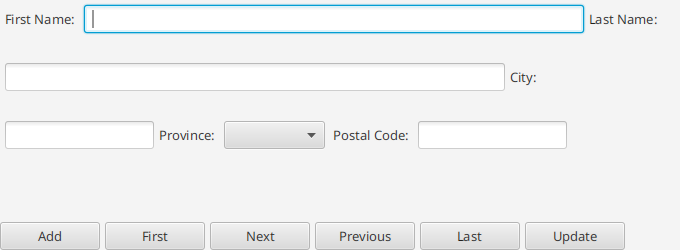
Repository: Mselenko/Java
Program's window: java w_5/JavaFx/src/task_2/AddressBook.java
The author's editor kept a copy of each file at every save. The program's window is drawn from the files as they stood at one save, then again after the next save.
It runs on Java 21 on a 1366 x 768 screen with JavaFX 11; the title bar is not drawn.

Above is the program's window before, as saved 2019-06-22 01:11:49.

### w_5/JavaFx/src/task_2/AddressBook.java
package task_2;

import javafx.application.Application;
import javafx.geometry.Insets;
import javafx.geometry.Pos;
import javafx.scene.Scene;
import javafx.scene.control.Button;
import javafx.scene.control.Label;
import javafx.scene.control.TextField;
import javafx.stage.Stage;
import javafx.scene.layout.BorderPane;
import javafx.scene.layout.FlowPane;
import javafx.scene.layout.HBox;
import javafx.scene.control.ComboBox;


public class AddressBook extends Application {


	class NewPanel extends BorderPane {

		FlowPane flowPane = new FlowPane(5, 5);
		HBox ButtonPanel = new HBox(5);


	public NewPanel() {
		TextField firstName = new TextField();
		firstName.setPrefColumnCount(40);

		TextField lastName = new TextField();
		lastName.setPrefColumnCount(40);

		TextField city = new TextField();
		city.setPrefColumnCount(11);

		ComboBox<String>  province = new ComboBox();
		province.getItems().add("Province");

		TextField postalCode = new TextField();
		postalCode.setPrefColumnCount(11);


		flowPane.setPadding(new Insets(5));
		flowPane.setVgap(30);
		flowPane.getChildren().addAll(
									new Label("First Name: "), firstName,
									new Label("Last Name: "), lastName,
									new Label("City: "), city,
									new Label("Province: "), province,
									new Label(" Postal Code: "), postalCode);


		Button buttons[] = new Button[6];

//		Button addBtn = new Button("Add");
//		Button firstBtn = new Button("First");
//		Button nextBtn = new Button("Next");
//		Button previousBtn = new Button("Previous");
//		Button lastBtn = new Button("Last");
//		Button updateBtn = new Button("Update");

		buttons[0] =new Button("Add");
		buttons[1] = new Button("First");
		buttons[2] = new Button("Next");
		buttons[3] = new Button("Previous");
		buttons[4] = new Button("Last");
		buttons[5] = new Button("Update");

		for(int i =0; i < buttons.length; i++) {
			buttons[i].setPrefWidth(100);
			ButtonPanel.getChildren().add(buttons[i]);
		}


		//buttons[0].setPrefWidth(100);
//		firstBtn.setPrefWidth(100);
//		nextBtn.setPrefWidth(100);
//		previousBtn.setPrefWidth(100);
//		lastBtn.setPrefWidth(100);
//		updateBtn.setPrefWidth(100);



		//ButtonPanel.getChildren().add(buttons[0]);//(addBtn, firstBtn,nextBtn,previousBtn, lastBtn, updateBtn);
		//ButtonPanel.setAlignment(Pos.CENTER);

		setCenter(flowPane);
		setBottom(ButtonPanel);

	}
}



	public void start(Stage MainStage) {

		NewPanel panel = new NewPanel();
		Scene scene = new Scene(panel, 680, 250);
		MainStage.setTitle("Address Book");
		MainStage.setScene(scene);
		MainStage.show();
	}


	public static void main(String [] args) {
		launch(args);
	}

}

After the next save:
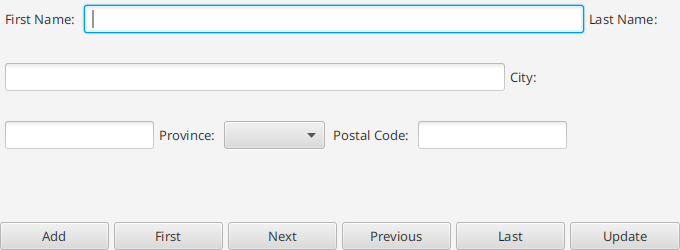
Saved 20 s later.
--- a/w_5/JavaFx/src/task_2/AddressBook.java
+++ b/w_5/JavaFx/src/task_2/AddressBook.java
@@ -67,21 +67,16 @@
 		buttons[5] = new Button("Update");
 
 		for(int i =0; i < buttons.length; i++) {
-			buttons[i].setPrefWidth(100);
+			buttons[i].setPrefWidth(120);
 			ButtonPanel.getChildren().add(buttons[i]);
 		}
 
 
-		//buttons[0].setPrefWidth(100);
-//		firstBtn.setPrefWidth(100);
-//		nextBtn.setPrefWidth(100);
-//		previousBtn.setPrefWidth(100);
-//		lastBtn.setPrefWidth(100);
-//		updateBtn.setPrefWidth(100);
 
 
 
-		//ButtonPanel.getChildren().add(buttons[0]);//(addBtn, firstBtn,nextBtn,previousBtn, lastBtn, updateBtn);
+
+
 		//ButtonPanel.setAlignment(Pos.CENTER);
 
 		setCenter(flowPane);
